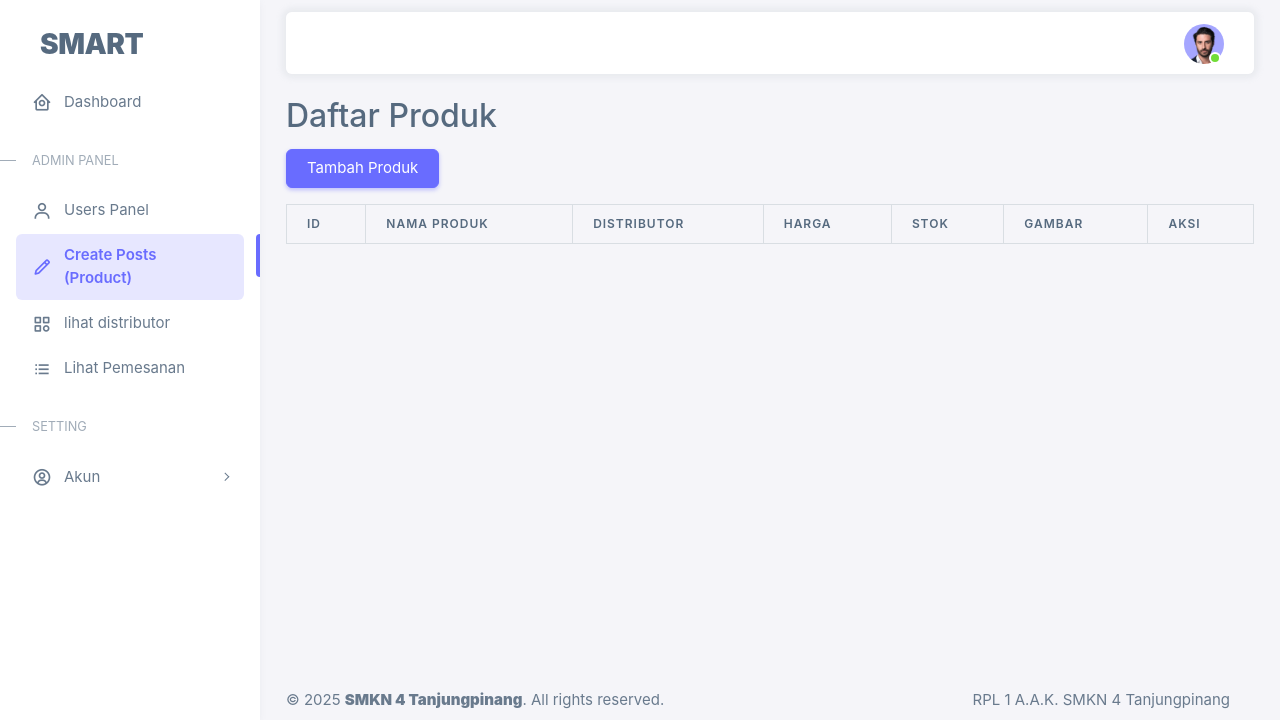
Repository: athalantis/SMart
Page: http://localhost/products.php
These files come from the project's save history. The page is drawn as it stood at one moment and after the next save; the edit follows.
The browser window is 1280 px wide. The pictures show the whole page.
Some web fonts or font styles are not loaded; a fallback is used. The page is run by PHP 8.4 with error messages shown; the project is at /var/www/html/. The session is filled in as if someone had signed in: {"username": "testuser", "name": "Test User", "role": "admin", "user_id": 1}. Queries for data that is not in the repository find no rows.

Above is the page before, as saved 2025-03-28 14:01:25.

After the next save:
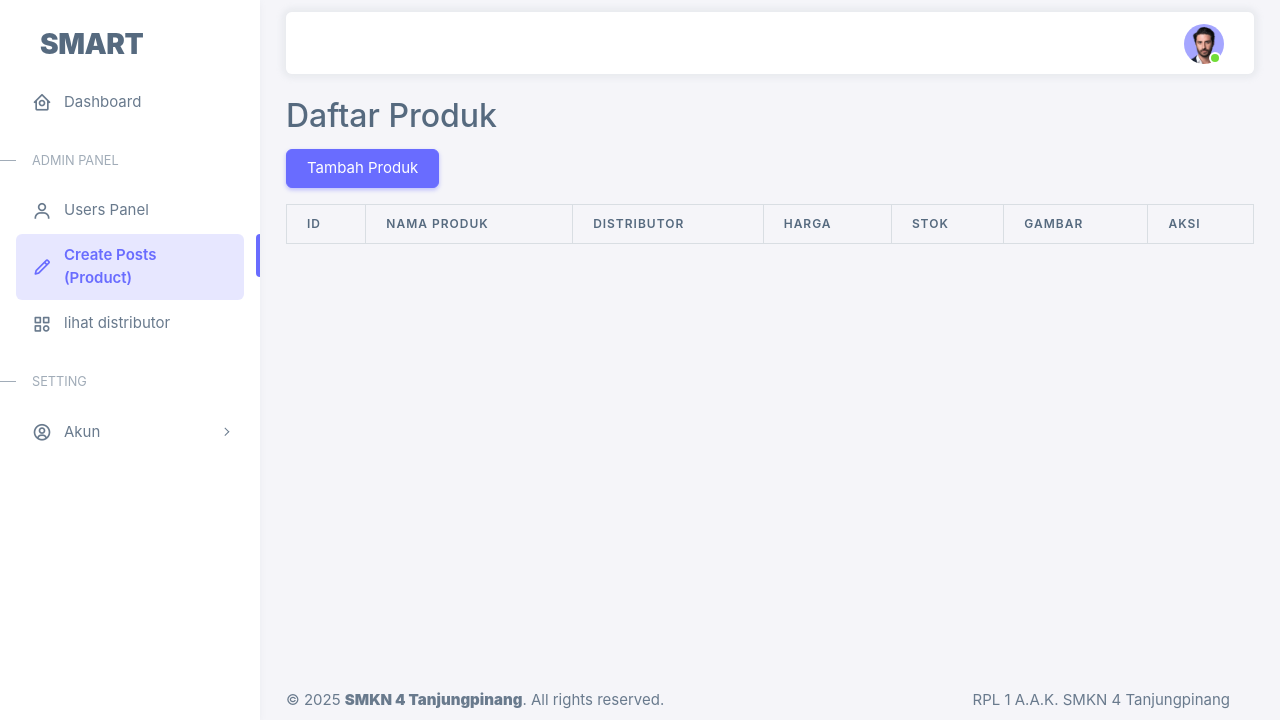
Saved 66 s later.
--- a/.includes/sidemenu.php
+++ b/.includes/sidemenu.php
@@ -99,12 +99,6 @@ $role = $_SESSION['role'] ?? 'user'; // Default role jika tidak ada
             </a>
         </li>
 
-        <li class="menu-item">
-    <a href="admin_pemesanan.php" class="menu-link">
-        <i class="menu-icon tf-icons bx bx-list-ul"></i>
-        <div data-i18n="Order List">Lihat Pemesanan</div>
-    </a>
-</li>
 
         <?php endif; ?>
 
